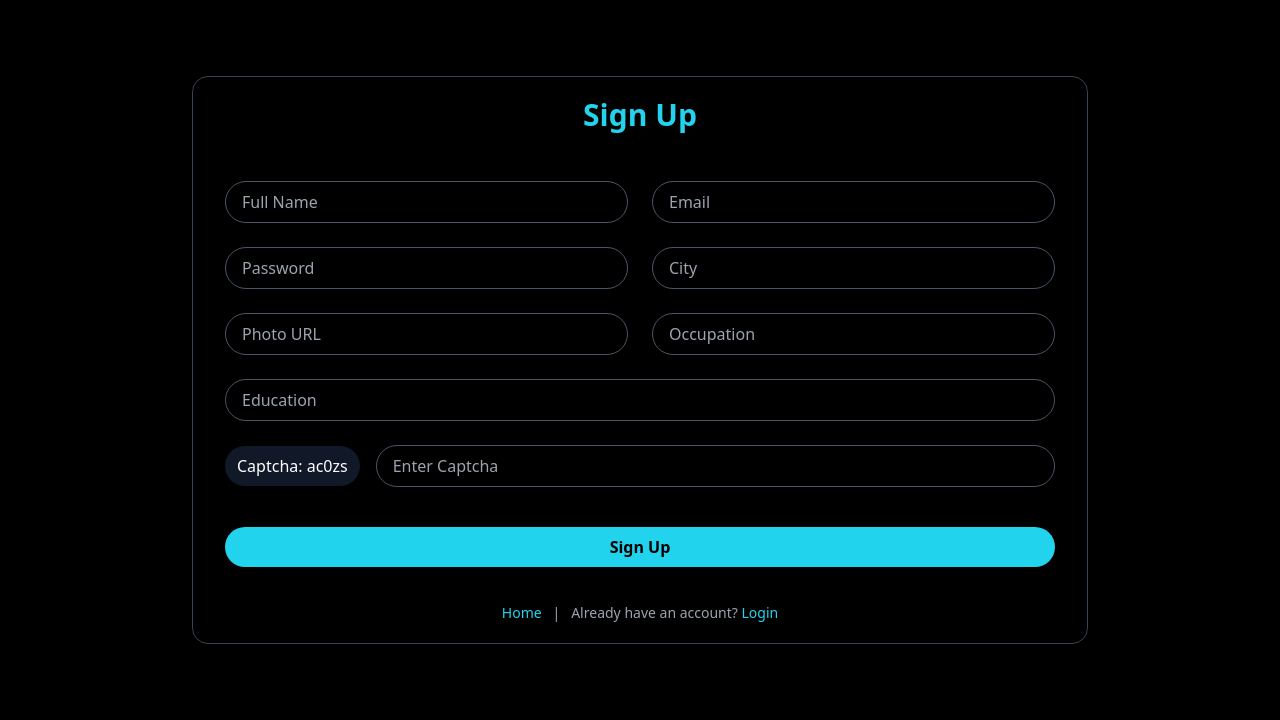
Repository: student-samratojha/StoryWrittingAppSam
Page: http://localhost/signup
An editor plug-in stored every save of this project. The page is shown before and after the next save, followed by the edit.
The browser window is 1280 px wide. The pictures show the whole page.
Some web libraries are served in a nearby version. The page is served by the project's Node server (app.js).

Above is the page before, as saved 2025-10-12 20:36:03.

After the next save:
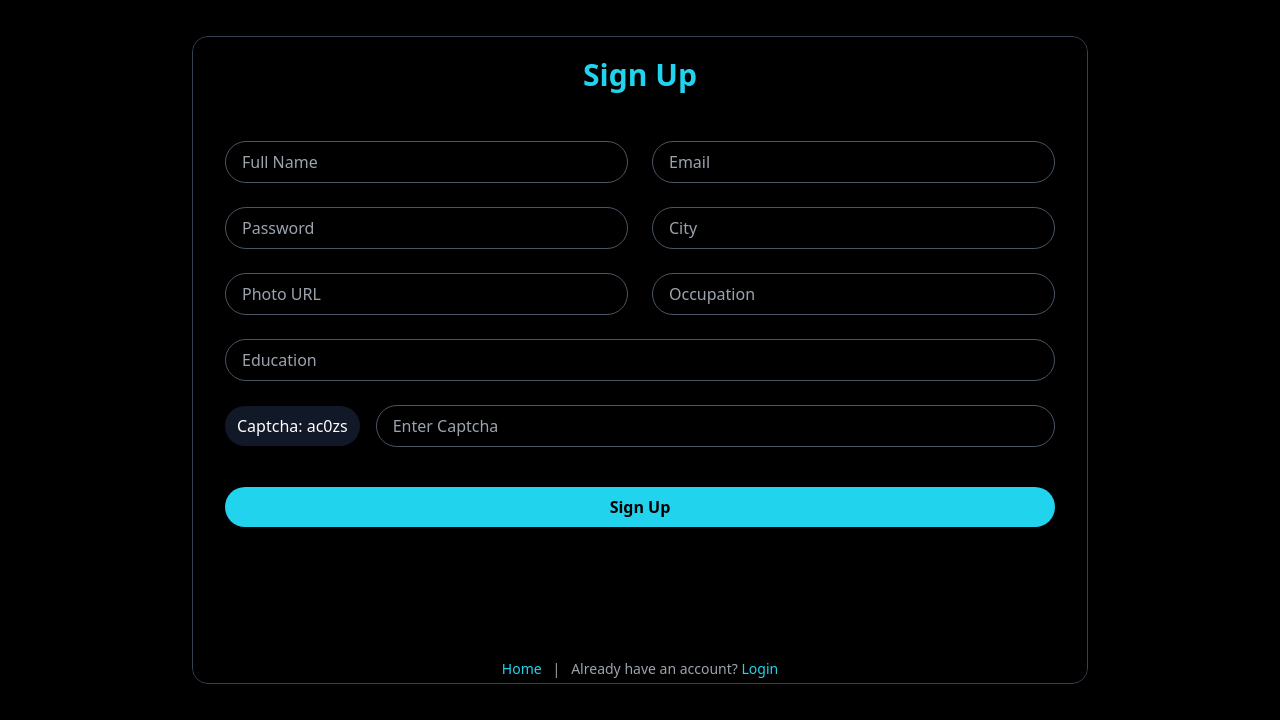
Saved 18 min 21 s later.
--- a/views/signup.ejs
+++ b/views/signup.ejs
@@ -99,6 +99,7 @@
       >
         Sign Up
       </button>
+Click <a href="http://localhost:3000/verify/${user._id}">here</a> to verify your account.
 
       <!-- Links spans 2 columns -->
       <p class="mt-3 text-center text-gray-400 text-sm md:col-span-2">

After the save that followed:
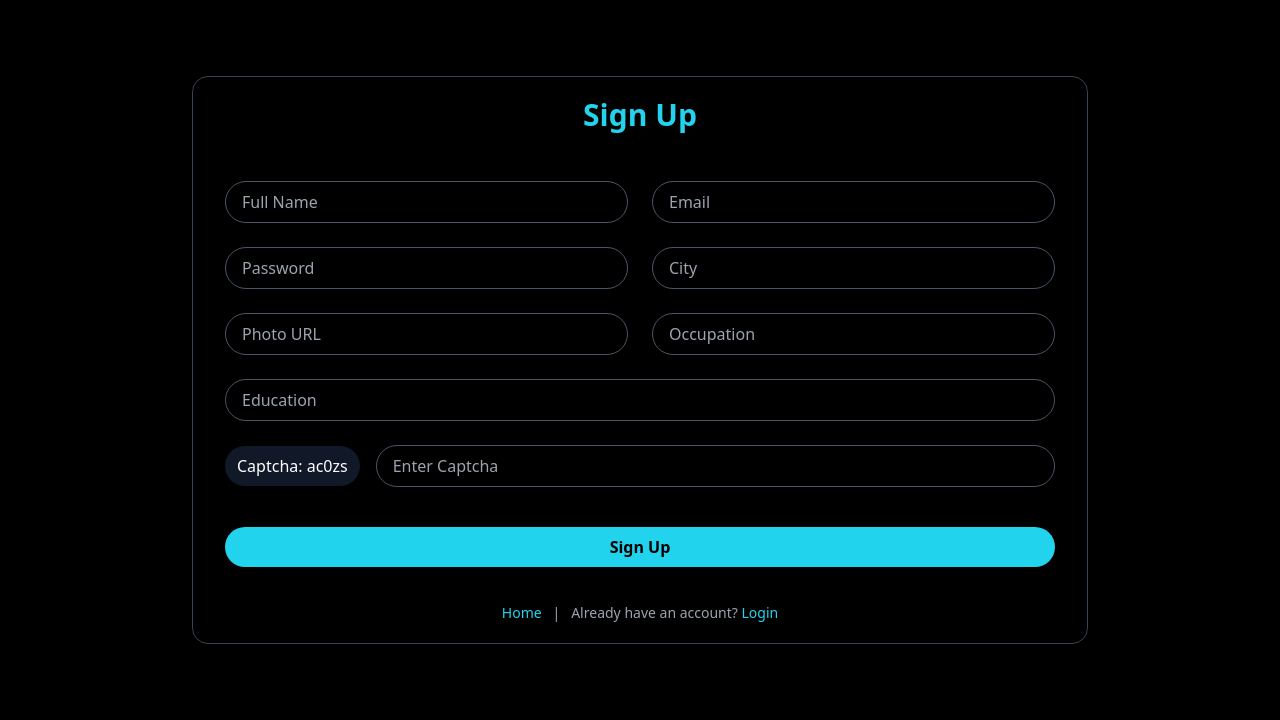
Saved 46 s later.
--- a/views/signup.ejs
+++ b/views/signup.ejs
@@ -99,7 +99,7 @@
       >
         Sign Up
       </button>
-Click <a href="http://localhost:3000/verify/${user._id}">here</a> to verify your account.
+
 
       <!-- Links spans 2 columns -->
       <p class="mt-3 text-center text-gray-400 text-sm md:col-span-2">
